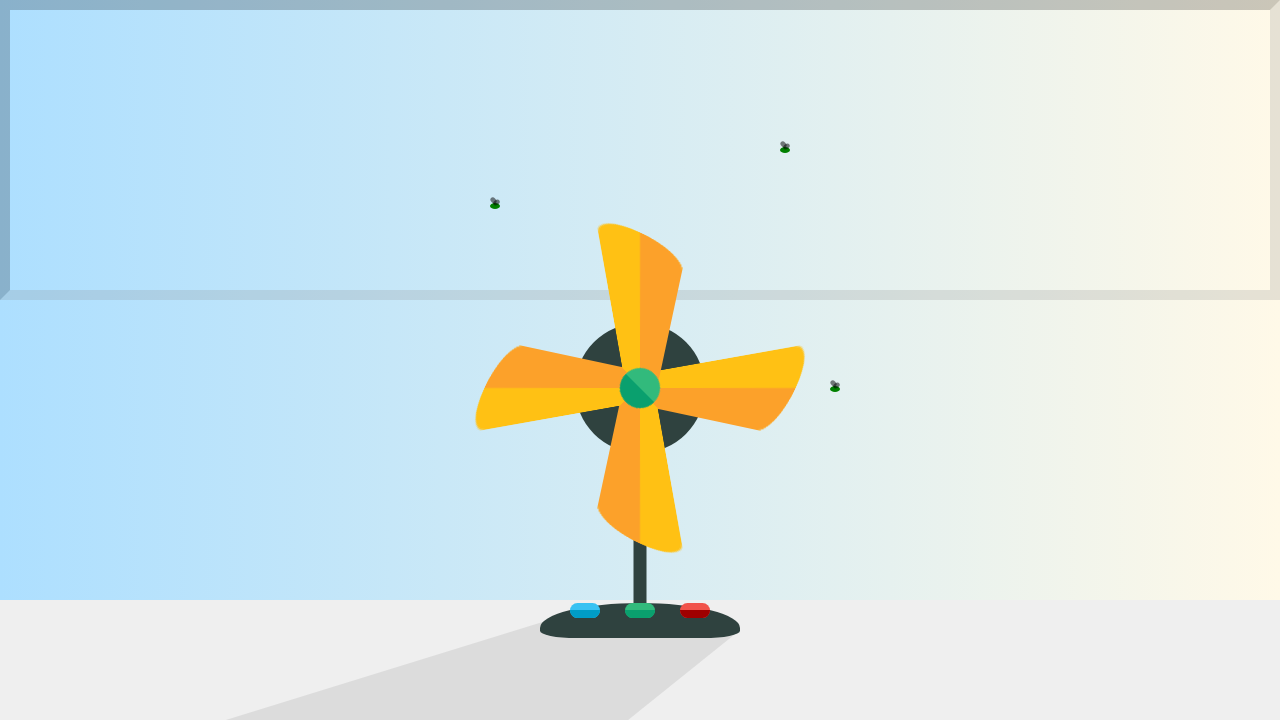
Repository: VuTuanAnh0949/CodeFan
Page: index.html
An editor plug-in stored every save of this project. The page is shown before and after the next save, followed by the edit.
The browser window is 1280 px wide. The pictures show the whole page.

Above is the page before, as saved 2022-06-21 14:28:16.

### index.html
<!DOCTYPE html>
<html lang="en">
<head>
    <meta charset="UTF-8">
    <meta http-equiv="X-UA-Compatible" content="IE=edge">
    <meta name="viewport" content="width=device-width, initial-scale=1.0">
    <title>Document</title>
    <link rel="stylesheet" href="style.css">
</head>
<body>
    <div class="windows">
        <div class="window"></div>

    </div>
    <div class="fan">
        <div class="fan__root"> <span class="top"> <label class="red" for="engine"></label> <label class="green"
                    for="engine2"></label> <label class="blue" for="jack"></label> </span> <span class="bottom"></span>
        </div>
        <div class="fan__staddle"></div> <input type="checkbox" id="jack" hidden />
        <div class="head">
            <div class="fan__engine"> <span class="center"></span> </div> <input type="checkbox" id="engine" hidden
                checked />
            <div> <span class="fly"></span> <span class="fly"></span> <span class="fly"></span>
                <div class="fan__blades"> <input type="checkbox" id="engine2" hidden checked />
                    <div class="fan__blades">
                        <div class="center"></div>
                        <div class="blade"><span></span></div>
                        <div class="blade"><span></span></div>
                        <div class="blade"><span></span></div>
                        <div class="blade"><span></span></div>
                    </div>
                </div>
            </div>
        </div>
    </div>

</body>
</html>

### style.css
html {
    overflow: hidden;
}

body {
    overflow: hidden;
    margin: 0;
    padding: 0;
    background: linear-gradient(90deg, #addfff, #fff9e8);
    display: flex;
    justify-content: center;
    align-items: center;
    width: 100vw;
    height: 100vh;
    position: relative;
}

body::after {
    position: absolute;
    width: 100%;
    content: "";
    height: calc(100% - 600px);
    z-index: 0;
    background: #efefef;
    bottom: 0;
}

@keyframes spin {
    from {
        transform: rotate(0deg);
    }

    to {
        transform: rotate(360deg);
    }
}

@keyframes off {
    to {
        transform: rotate(380deg);
    }
}

@keyframes off2 {
    to {
        transform: rotate(880deg);
    }
}

@keyframes fly {
    to {
        margin-top: 50px;
    }
}

span {
    display: block;
}

.windows {
    width: 100vw;
    height: 100vh;
    position: absolute;
    z-index: 0;
    top: 0;
    left: 0;
    display: flex;
    align-content: flex-start;
}

.window {
    flex: 1 20%;
    box-sizing: border-box;
    height: 300px;
    position: relative;
    border: 10px inset rgba(51, 51, 51, 0.2);
}


.fly {
    transition: 0.5s all cubic-bezier(0.04, 0.06, 0, 1.18), 1s transform;
    width: 10px;
    height: 6px;
    background: green;
    border-radius: 50%;
    position: absolute;
    animation: fly 5s alternate infinite ease-in-out;
}

.fly:nth-of-type(1) {
    top: -78px;
    left: -200px;
}

.fly:nth-of-type(2) {
    transform: translateY(-10px);
    animation-delay: 4s;
    top: 5px;
    right: -250px;
}

.fly:nth-of-type(3) {
    transform: translateY(0px);
    top: 400px;
    animation-delay: 2s;
    right: -400px;
}

.fly::after,
.fly::before {
    content: "";
    position: absolute;
    width: 7px;
    height: 5px;
    background-color: rgba(0, 0, 0, 0.5);
    display: block;
    border-radius: 50%;
}

.fly::before {
    bottom: 4px;
    transform: rotate(325deg);
    left: 3px;
}

.fly::after {
    transform: rotate(45deg);
    bottom: 6px;
}

.fan {
    width: 500px;
    height: 500px;
    position: relative;
    z-index: 1;
    margin-top: 75px;
    perspective: 500px;
}

.fan::after {
    content: "";
    display: block;
    position: absolute;
    height: 364px;
    width: 200px;
    background: rgba(0, 0, 0, 0.08);
    top: calc(100% - 24px);
    left: calc(50% - 100px);
    z-index: -1;
    transform: rotateX(104deg) rotateY(-1deg) rotate(25deg);
    transform-origin: top;
}

.fan__root {
    width: 200px;
    position: absolute;
    bottom: 0;
    left: 50%;
    transform: translateX(-50%);
}

.fan__root .top {
    overflow: hidden;
    width: 200px;
    height: 25px;
    position: relative;
}

.fan__root .top::after {
    content: "";
    display: block;
    width: 200px;
    height: 50px;
    background: #2f423f;
    border-radius: 50%;
}

.fan__root .top .red {
    position: absolute;
    width: 30px;
    height: 15px;
    border-radius: 15px;
    display: block;
    right: 30px;
    background: #f15249;
    cursor: pointer;
    overflow: hidden;
}

.fan__root .top .green {
    position: absolute;
    width: 30px;
    height: 15px;
    border-radius: 15px;
    display: block;
    right: 85px;
    background: #32ba7c;
    cursor: pointer;
    overflow: hidden;
}

.fan__root .top .green::after {
    content: "";
    display: block;
    width: 100%;
    height: 50%;
    position: absolute;
    bottom: 0;
    background: #0aa06e;
}

.fan__root .top .red::after {
    content: "";
    display: block;
    width: 100%;
    height: 50%;
    position: absolute;
    bottom: 0;
    background: #a00000;
}

.fan__root .top .blue {
    position: absolute;
    cursor: pointer;
    width: 30px;
    height: 15px;
    border-radius: 15px;
    display: block;
    left: 30px;
    background: #3ac2f2;
    overflow: hidden;
}

.fan__root .top .blue::after {
    content: "";
    display: block;
    width: 100%;
    height: 50%;
    position: absolute;
    bottom: 0;
    background: #009cc6;
}

.fan__root .bottom {
    overflow: hidden;
    width: 200px;
    height: 20px;
}

.fan__root .bottom::after {
    content: "";
    display: block;
    width: 200px;
    height: 40px;
    background: #2f423f;
    border-radius: 18%;
    transform: translateY(-30px);
}

.fan__staddle {
    position: absolute;
    bottom: 45px;
    background: #2f423f;
    height: 270px;
    width: 13px;
    left: 50%;
    transform: translateX(-50%);
}

.fan__engine {
    position: absolute;
    bottom: 0px;
    width: 130px;
    height: 130px;
    background: #2f423f;
    border-radius: 50%;
    left: 50%;
    transform: translateX(-50%);
}

.fan__engine::after {
    content: "";
    background: #2f423f;
    display: block;
    width: 25px;
    height: 50px;
    position: absolute;
    top: 105px;
    left: 50%;
    transform: translateX(-50%);
    border-radius: 0 0 5px 5px;
}

.fan__blades {
    width: 230px;
    height: 230px;
    position: absolute;
    bottom: -50px;
    transition: 2s;
    transform-origin: center center;
    left: calc(50% - 115px);
    z-index: 1;
    animation: spin infinite 0.38s linear forwards;
}

.fan__blades .fan__blades {
    bottom: 0;
    animation: spin infinite 0.5s linear forwards;
}

.fan__blades .blade {
    position: absolute;
    width: 50px;
    height: 100%;
    left: 50%;
    transform: translateX(-50%) skewY(25deg);
    perspective: 500px;
    transform-style: preserve-3d;
}

.fan__blades .blade:nth-child(2) {
    transform: translateX(-50%) rotate(90deg) skewY(25deg);
}

.fan__blades .blade:nth-child(3) {
    transform: translateX(-50%) rotate(180deg) skewY(25deg);
}

.fan__blades .blade:nth-child(4) {
    transform: translateX(-50%) rotate(270deg) skewY(25deg);
}

.fan__blades .blade span {
    width: 100%;
    height: 200%;
    border-radius: 44px;
    background: #ffc114;
    position: absolute;
    top: -66px;
    display: block;
    transform-style: preserve-3d;
    transform: rotateX(81deg);
    overflow: hidden;
}

.fan__blades .blade span::after {
    width: 50%;
    height: 100%;
    content: "";
    display: block;
    background: #fca12a;
    transform: rotate(0deg);
}

.fan__blades .center {
    position: absolute;
    overflow: hidden;
    width: 40px;
    height: 40px;
    border-radius: 50%;
    left: 50%;
    top: 50%;
    transform: translate(-50%, -50%) rotate(45deg);
    background: #32ba7c;
    z-index: 2;
}

.fan__blades .center::after {
    display: block;
    content: "";
    width: 40px;
    height: 20px;
    background: #0aa06e;
}

.head {
    transition: 1s transform;
    height: auto;
    width: auto;
    position: absolute;
    width: 300px;
    height: 300px;
    bottom: 195px;
    left: calc(50% - 150px);
    /* transform: translateX(-50%); */
}

#engine:checked+div>div {
    animation: off2 1s ease-out forwards;
}

#engine:checked+div>span:nth-child(1) {
    transition: 5s all ease-in-out, 1s transform;
    left: 0px;
    top: 0px;
}

#engine:checked+div>span:nth-child(2) {
    transition: 5s all ease-in-out, 1s transform;
    right: 0px;
    top: 0px;
}

#engine:checked+div>span:nth-child(3) {
    transition: 7s all ease-in-out, 1s transform;
    right: -50px;
    top: 200px;
}

#engine2:checked+div {
    animation: off 1s ease-out forwards;
}

#jack:checked+div {
    transform: translateY(-115px);
}

#jack:checked+div>div:nth-child(3)>span {
    transform: translateY(115px);
}

After the next save:
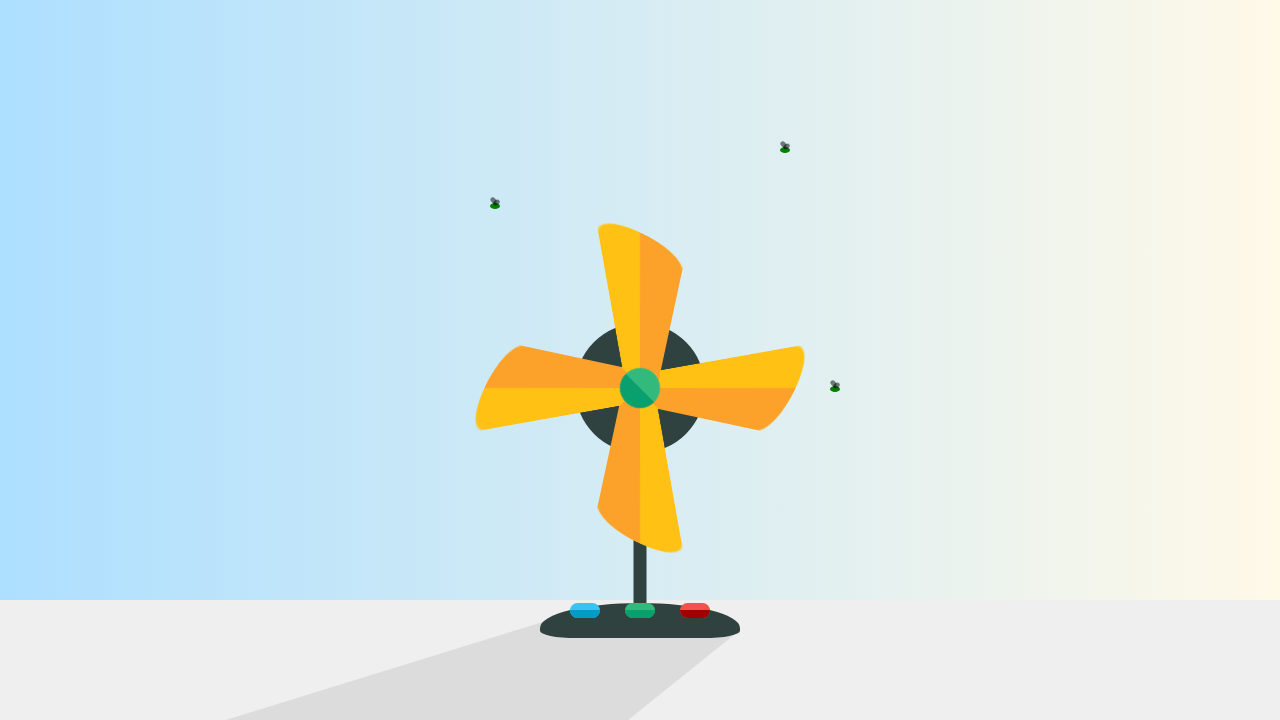
Saved 14 s later.
--- a/style.css
+++ b/style.css
@@ -73,7 +73,6 @@ span {
     box-sizing: border-box;
     height: 300px;
     position: relative;
-    border: 10px inset rgba(51, 51, 51, 0.2);
 }
 
 
